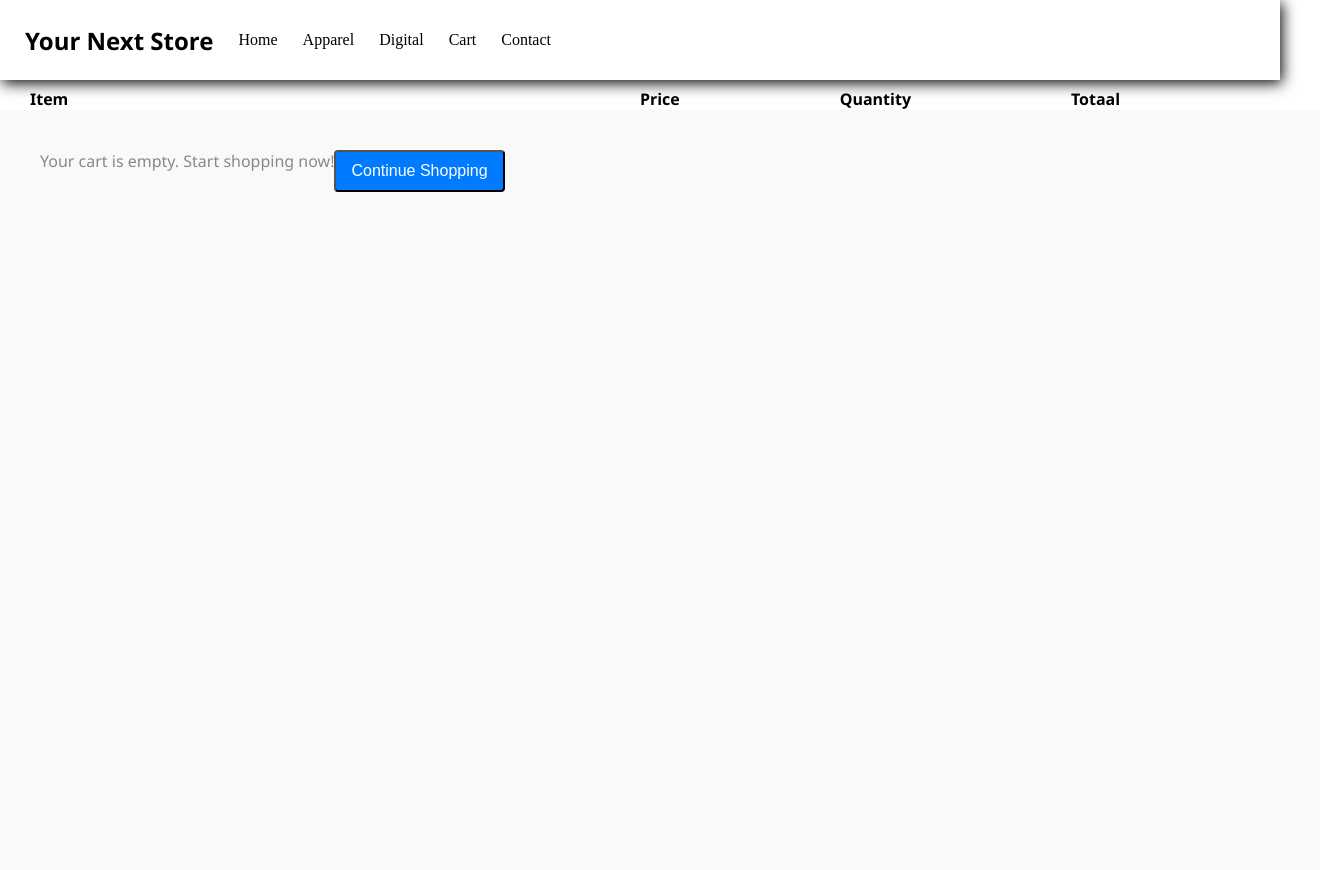
Repository: Sharathguru/React_Project1
Page: /cart
An editor plug-in stored every save of this project. The page is shown before and after the next save, followed by the edit.
The browser window is 1280 px wide. The page is 1320 px wide, so the pictures cover 1320 px, including what lies to the right of the window. The pictures show the whole page.
The project was rebuilt for these pictures with package versions that can differ from the ones it lists, and the page was loaded fresh each time. Also part of the build but not shown: vite.config.js, src/Component/Main/Main1.jsx, src/Component/Main/Cloud.jsx, src/Component/Home.jsx, src/Component/NavbarComponent/Apparel.jsx, src/Component/NavbarComponent/Digital.jsx, src/Component/Contact.jsx, src/Component/Main/Signup.jsx and 3 more.

Above is the page before, as saved 2025-01-17 10:54:57.

### src/main.jsx
import { StrictMode } from 'react'
import { createRoot } from 'react-dom/client'

import App from './App.jsx'


createRoot(document.getElementById('root')).render(

  <App></App>

)

### src/App.jsx
import React, { useState } from 'react';
import { createBrowserRouter, RouterProvider } from 'react-router-dom';
import Home from './Component/Home';
import Apparel from './Component/NavbarComponent/Apparel';
import Digital from './Component/NavbarComponent/Digital';
import Contact from './Component/Contact';
import Signup from './Component/Main/Signup';
import LoginPage from './Component/Main/LoginPage';
import Cart from './Component/NavbarComponent/Cart';

import './App.css';
import Terms from './Component/Main/Terms';

const App = () => {
  const [cartItems, setCartItems] = useState([]);

  const router = createBrowserRouter([
    {
      path: "/",
      element: <Signup />,
      children: [
        {
          path: "/terms",
          element: <Terms />,
        },
      ],
    },
    {
      path: "/login",
      element: <LoginPage />,
    },
    {
      path: "/home",
      element: <Home />,
    },
    {
      path: "/apparel",
      element: <Apparel cartItems={cartItems} setCartItems={setCartItems} />,
    },
    {
      path: "/digital",
      element: <Digital />,
    },
    {
      path: "/cart",
      element: <Cart cartItems={cartItems} setCartItems={setCartItems} />,
    },
    {
      path: "/contact",
      element: <Contact />,
    },
  ]);

  return (
    <div>
      <RouterProvider router={router} />
    </div>
  );
};

export default App;

### src/Component/NavbarComponent/Cart.jsx
import React, { useState } from "react";
import { Link } from "react-router-dom";

const Cart = ({ cartItems, setCartItems }) => {
  const handleRemoveFromCart = (productId) => {
    const updatedCart = cartItems.filter((item) => item.id !== productId);
    setCartItems(updatedCart);
  };

  const handleIncreaseQuantity = (productId) => {
    const updatedCart = cartItems.map((item) =>
      item.id === productId ? { ...item, quantity: item.quantity + 1 } : item
    );
    setCartItems(updatedCart);
  };

  const handleDecreaseQuantity = (productId) => {
    const updatedCart = cartItems.map((item) =>
      item.id === productId && item.quantity > 1
        ? { ...item, quantity: item.quantity - 1 }
        : item
    );
    setCartItems(updatedCart);
  };

  return (
    <div>
      <div id="navbar">
        <nav id="navbar-items">
          <div id="navbar-title">
            <h1>Your Next Store</h1>
          </div>
          <Link className="link" to="/home">
            Home
          </Link>
          <Link className="link" to="/Apparel">
            Apparel
          </Link>
          <Link className="link" to="/digital">
            Digital
          </Link>
          <Link className="link" to="/cart">
            Cart
          </Link>
          <Link className="link" to="/contact">
            Contact
          </Link>
        </nav>
      </div>
      <br />
      <br />
      <br />
      <br />
      <div id="cart-item-navbar">
        <div id="cart-item-1">
          <h4>Item</h4>
        </div>
        <div id="cart-tem-all">
          <h4>Price</h4>
          <h4>Quantity</h4>
          <h4>Totaal</h4>
        </div>
      </div>
      <div id="cart-content">
        {cartItems && cartItems.length > 0 ? (
          cartItems.map((item) => (
            <div key={item.id} className="cart-item">
              <img src={item.img} alt={item.name} className="cart-item-image" />
              <div className="cart-item-details">
                <h2>{item.name}</h2>
                <p>Price: {item.price}</p>
                <div>
                  <input type="button" value="-" />
                  <input type="button" value="Add" />
                </div>
                <button
                  className="remove-button"
                  onClick={() => handleRemoveFromCart(item.id)}
                >
                  Remove
                </button>
              </div>
            </div>
          ))
        ) : (
          <p>Your cart is empty. Start shopping now!</p>
        )}
        <Link to="/Apparel">
          <button className="continue-shopping-button">
            Continue Shopping
          </button>
        </Link>
      </div>
    </div>
  );
};

export default Cart;

### src/App.css
* {
  margin: 0;
  padding: 0;
}
body
{
    font-family: 'Segoe UI', Tahoma, Geneva, Verdana, sans-serif;
}
#navbar {
    width: 100vw;
    height: 80px;
    background: white;
    box-shadow: 2px 3px 14px black;
    display: flex;
    align-items: center;
    justify-content: space-between;
    position: fixed; /* Change from static to fixed */
    top: 0; /* Ensure it sticks to the top of the viewport */
    z-index: 1000; /* Add z-index to make sure it appears above other content */

  }

#navbar-title h1
{
/* padding-bottom: 10px; */
font-weight: 700;
}

#navbar-items {

  width: 45%;
  display: flex;
  justify-content: space-evenly;
  align-items: center;
}


.link {
  text-decoration: none;
  color: black;
  font-size: 16px;
  font-family: "Times New Roman", Times, serif;
}

.link:hover {
  background: linear-gradient(45deg, black, rgb(232, 145, 4));
  -webkit-background-clip: text;
  background-clip: text;
  color: transparent;
}

#navbar-search {
    margin-right: 25px;
  flex-grow: 1;
  display: flex;
  justify-content: flex-end;
  padding-right: 10px;
  align-items: center;
}

#navbar-search input {
  width: 180px;
  height: 30px;
  border: 1px solid #ccc;
  border-radius: 4px;
  padding: 0 10px;
  font-size: 14px;
}
#navbar-search input::placeholder
{
font-size: 12px;
}

#navbar-search i,
#navbar-search a {
  padding-left: 10px;
  font-size: 16px;
  color: #888;
  cursor: pointer;
  text-decoration: none;
}

#navbar-search a:hover {
  background: linear-gradient(45deg, black, rgb(232, 145, 4));
  -webkit-background-clip: text;
  background-clip: text;
  color: transparent;
}

#navbar-icon i {
  padding-right: 20px;
  font-size: 20px;
  cursor: pointer;
  display: none;
}

#navbar-icon i:hover {
  background: linear-gradient(45deg, black, rgb(232, 145, 4));
  -webkit-background-clip: text;
  background-clip: text;
  color: transparent;
}
#home-part1 {
    background-color: rgb(247, 244, 244);
    margin: 100px 0 0 40px; /* Add top margin to prevent overlapping */
    width: 94vw;
    height: 480px;
    position: relative; /* Change position to relative to avoid sticky conflicts */
    display: flex;
    justify-content: space-evenly;
    align-items: center;
}

#home-part1 p
{
    padding-top: 10px;
    color: rgb(83, 79, 80);
}
#home-part1 button
{
    margin-top: 15px;
    background: rgb(46, 48, 49);
    border: none;
    border-radius: 20px;
    width: 90px;
    height: 30px;
    color: white;
    font-weight: bold;
    cursor: pointer;
}

#home-part1-img img
{
    width: 300px;
}
#home-part2
{

    display: flex;
    justify-content: space-evenly;
    flex-wrap: wrap;
    row-gap: 70px;

}
#cloud {
    background-color: rgb(222, 219, 219);
    margin: 10px 0 10px 0px;
    width: 25.4%;
    height: 340px;
    position: relative;
    border-radius: 10px;

}
#cloud img
{
    /* margin-left: 20px; */
    position: relative;
    left: -30px;
    bottom: 10px;
    right: 85px;
    width: 395px;
    height: 350px;
}
#cloud img:hover
{
opacity: 0.5;
transform: translateY(-10px);
}
#home-part2 h1
{
    /* padding-left: 35px; */
    font-size: 25px;
}
#cloud p:first-child {
    padding-left: 80px;
    font-size: 20px;
}

#home-part2a
{
    margin: 20px 0 0 0;
    width: 94vw;
    display: flex;
    justify-content: space-around;

}
#cloud1 img
{
    width: 500px;
    border-radius: 10px;
}
#cloud1a img
{
    width: 500px;
    border-radius: 10px;
}
#para p
{
    margin-right: 20px;
}
#cloud1:hover , #cloud1a:hover {
    opacity: 0.7;
}



/* Outer container */
#border-down {
  margin-top: 20px;
  background-color: rgb(240, 240, 240);
  height: 220px;
  position: relative;
  width: 100%;
  display: flex; /* Flexbox for alignment */
  justify-content: space-between; /* Space between left and right sections */
  align-items: center;
  padding: 20px;
  box-sizing: border-box;
}

/* Left Section */
#details-product-left {
  display: flex;
  flex-direction: column;
  justify-content: center;
  align-items: flex-start;
}

#details-product-left h1 {
  font-size: 18px;
  margin-bottom: 10px;
}

#details-product-left input {
  padding: 8px;
  border: 1px solid #ccc;
  border-radius: 4px;
  margin-right: 10px;
}

#details-product-left button {
  background-color: #1a202c;
  color: #fff;
  border: none;
  padding: 8px 16px;
  border-radius: 4px;
  cursor: pointer;
}

/* Right Section */
#details-product-right {
  display: flex;
  justify-content: space-between;
  align-items: flex-start;
  gap: 50px; /* Space between Products and Support */
}

#details-Product,
#details-Product1 {
  text-align: left;
}

#details-Product h4,
#details-Product1 h4 {
  font-size: 16px;
  margin-bottom: 10px;
}

#details-Product a,
#details-Product1 a {
  text-decoration: none;
  color: #333;
  font-size: 14px;
}

#details-Product a:hover,
#details-Product1 a:hover {
  text-decoration: underline;
}

/* Outer container */
#border-down {
  margin-top: 20px;
  background-color: rgb(240, 240, 240);
  height: 250px;
  position: relative;
  width: 100%;
  display: flex;
  justify-content: space-between;
  align-items: center;
  padding: 20px;
  box-sizing: border-box;
}

/* Left Section */
#details-product-left {
  display: flex;
  flex-direction: column;
  justify-content: flex-start;
  align-items: flex-start;
  gap: 10px;
}

#details-product-left h1 {
  font-size: 18px;
  margin-bottom: 5px;
}

#details-product-left input {
  padding: 8px;
  border: 1px solid #ccc;
  border-radius: 4px;
  margin-right: 10px;
  width: 250px;
}

#details-product-left button {
  background-color: #1a202c;
  color: #fff;
  border: none;
  padding: 8px 16px;
  border-radius: 10px;
  cursor: pointer;
  margin-top: 10px;
}

/* Right Section */
#details-product-right {
  display: flex;
  justify-content: flex-end;
  align-items: flex-start;
  gap: 50px;
}

#details-Product,
#details-Product1 {
  text-align: left;
}

#details-Product h4,
#details-Product1 h4 {
  font-size: 16px;
  margin-bottom: 10px;
}

#details-Product a,
#details-Product1 a {
  text-decoration: none;
  color: #333;
  font-size: 14px;
}

#details-Product a:hover,
#details-Product1 a:hover {
  text-decoration: underline;
}

/* Footer Section */
#footer {
  /* text-align: center; */
  padding: 15px 0;
  font-size: 14px;
  color: #555;
  background-color: rgb(240, 240, 240);
  border-top: 1px solid #ddd;
}

#footer p {
  margin: 5px 0;
}
#Apparel-heading
{
  padding-top: 10px;
  padding-left: 30px;
}
#Apparel-heading h3
{
font-size: 1.5rem;
}
#Apparel-heading p
{
color: #888;
}

#Apparel-detail {
  margin-top: 20px;
  display: flex;
  justify-content: space-evenly;
  flex-wrap: wrap; /* Ensure items wrap on smaller screens */
  /* gap: 10px;  */
  column-gap: 10px;
  row-gap: 120px;
  width: 100%; /* Ensure container fits within the viewport */
}

.Apparel-items-box {
  margin: 0; /* Remove extra margin */
  border-radius: 10px;
  /* background-color: #9e2626; */
  width: 25%; /* Adjust as needed for layout */
  height: 340px;
  box-sizing: border-box;

}

.Apparel-item-all img {
  width: 315px; /* Scale image to fit its container */
  height: 339px; /* Ensure image stretches to container height */
 border-radius: 20px;
}

.Apparel-item-all img:hover
{
opacity: 0.5;
transform: translateY(-5px);
cursor: pointer;
}

.Apparel-item-all h1
{
 margin: 40px  0 0 0;
font-size: 1.3rem;
text-align: center;
}
.Apparel-item-all p
{
text-align: center;
}

/* Target the 10th Apparel-items-box */
.Apparel-items-box:nth-child(10) {
 margin-right: 63%;
}
#Digital-title h2,p
{
  padding-left: 20px;
}
#Digital-title p
{
color: #888;
}
#Digital-item
{
  display: flex;
  flex-wrap: wrap;
  justify-content: space-evenly;
}

.Digital-item-all
{
  margin: 30px 0 0 30px;

}
.Digital-item-all img
{
  border-radius: 10px;
  width: 370px;
  transform: translateY(-10px);
}
/* General Contact Form Styling */
#contact {
  margin: 40px auto;
  padding: 20px;
  max-width: 600px;
  border: 1px solid #ddd;
  border-radius: 8px;
  background-color: #f9f9f9;
}

#contact-item {
  text-align: center;
}

#contact-item h3 {
  font-size: 24px;
  color: #333;
  margin-bottom: 20px;
}

/* Contact Form Container */
#contact-item-all {
  display: flex;
  flex-direction: column;
  gap: 15px;
}

/* Input and Textarea Styling */
.item-all-contact label {
  font-size: 16px;
  color: #333;
  margin-bottom: 8px;
  text-align: left;
  display: block;
}

.item-all-contact input,
.item-all-contact textarea {
  padding: 10px;
  font-size: 16px;
  width: 100%;
  border: 1px solid #ccc;
  border-radius: 4px;
  margin-bottom: 10px;
  box-sizing: border-box;
}

.item-all-contact input:focus,
.item-all-contact textarea:focus {
  border-color: #6c757d;
  outline: none;
}

/* Button Styling */
button[type="submit"] {
  width: 200px;
  padding: 12px 20px;
  margin-left: 200px;
  font-size: 16px;
  color: #fff;
  background-color: #383534;
  border: none;
  border-radius: 10px;
  cursor: pointer;
  transition: background-color 0.3s ease;
}

button[type="submit"]:hover {
  background-color: #0056b3;
}

.buy-now-button {
  background-color: #ff5722;
  color: white;
  border: none;
  padding: 10px 15px;
  border-radius: 5px;
  font-size: 14px;
  cursor: pointer;
  transition: background-color 0.3s ease, transform 0.2s ease;
}

.buy-now-button:hover {
  background-color: #e64a19;
  transform: scale(1.05);
}

.buy-now-button:active {
  background-color: #d84315;
  transform: scale(1);
}

#already-login
{
 padding: 5px 0 0 60px;
  font-size: 0.43rem;
}
.Login-signup
{
  padding-left: 5px;
  text-decoration: none;
}

#Subscribe-group
{
  position: relative;
  top: 100px;
}


/* Cart Container */
#cart-content {
  padding: 20px;
  background-color: #f9f9f9;
  min-height: 100vh;
  display: flex;
  width: 100vw;
}

#cart-content h1 {
  text-align: center;
  font-size: 2rem;
  color: #333;
  margin-bottom: 20px;
}

.cart-item {
  display: flex;
  align-items: center;
  justify-content: space-between;
  background-color: #fff;
  padding: 20px;
  border-radius: 8px;
  margin-bottom: 15px;
  box-shadow: 0 2px 4px rgba(0, 0, 0, 0.1);
}

.cart-item img {
  width: 100px;
  height: 100px;
  /* object-fit: cover; */
  border-radius: 8px;
}

.cart-item-details {
  flex-grow: 1;
  margin-left: 20px;
}

.cart-item-details h2 {
  font-size: 1.2rem;
  color: #333;
}

.cart-item-details p {
  padding-right: 100px;
  font-size: 1rem;
  color: #555;
}

.remove-button {
  background-color: #ff4d4d;
  color: white;
  border: none;
  padding: 10px 15px;
  cursor: pointer;
  border-radius: 4px;
  transition: background-color 0.3s ease;
}

.remove-button:hover {
  background-color: #e60000;
}

.continue-shopping-button {
  background-color: #007bff;
  color: white;
  padding: 10px 15px;
  text-decoration: none;
  border-radius: 4px;
  font-size: 1rem;
  margin-top: 20px;
  display: inline-block;
  text-align: center;
}

.continue-shopping-button:hover {
  background-color: #0056b3;
}

/* Empty Cart Message */
#cart-content p {
  text-align: center;
  font-size: 1rem;
  color: #888;
  margin-top: 20px;
}
#cart-item-navbar
{
  display: flex;
  justify-content: space-between;
}
#cart-item-navbar>div:nth-child(1)
{
padding-left: 30px;
}
#cart-tem-all
{
  width: 800px;
  display: flex;
  justify-content: space-evenly;
}










/* Mobile view adjustments */
@media screen and (max-width: 500px) {
  #navbar-items {
    display: none; /* Hide the navbar items */
  }

  #navbar-search {
    display: none; /* Hide the search bar */
  }

  #navbar-icon i {
    display: block; /* Show the icon */
  }
}
@media (max-width: 768px) {
  #contact {
    padding: 15px;
  }

  #contact-item-all {
    gap: 10px;
  }

  button[type="submit"] {
    font-size: 14px;
    padding: 10px 16px;
  }
}

### src/Component/Main/Signup.css
* {
    padding: 0;
    margin: 0;
  }

  #signup-heading {
    width: 100vw;
    height: 100vh;
    border-radius: 20px;
    position: relative;
    display: flex;
    justify-content: space-evenly;
    align-items: center;
    background: linear-gradient(190deg, rgb(243, 235, 235), rgb(237, 147, 147));
    animation: fadeIn 1.5s ease-in-out;
  }
  #signup-details h1
  {
    margin-bottom: 20px;
    text-align: center;

  }
  .signup-group {
    position: relative;
    margin-bottom: 20px;
    animation: slideIn 1.2s ease-in-out;
    margin-left: 30px;
  }

  .signup-group i {
    margin-left: 10px;
    position: absolute;
    transform: translateY(70%);
    color: #555;
    transition: color 0.3s ease;
  }

  .signup-group input[type="text"],
  .signup-group input[type="email"],
  .signup-group input[type="password"] {
    width: 300px;
    padding: 10px 40px;
    border: 1px solid #ddd;
    border-radius: 5px;
    font-size: 16px;
    color: #555;
    outline: none;
    transition: all 0.3s ease;
    box-sizing: border-box;
  }

  .signup-group input[type="text"]:focus,
  .signup-group input[type="email"]:focus,
  .signup-group input[type="password"]:focus {
    border-color: #007bff;
    box-shadow: 0 0 5px rgba(0, 123, 255, 0.5);
  }

  .signup-group input[type="text"]:hover,
  .signup-group input[type="email"]:hover,
  .signup-group input[type="password"]:hover {
    background-color: #f9f9f9;
  }

  .signup-group input[type="text"]:focus + i,
  .signup-group input[type="email"]:focus + i,
  .signup-group input[type="password"]:focus + i {
    color: #007bff;
  }

  #signup-heading img {
    width: 400px;
    border-radius: 20px;
    animation: bounceIn 2s ease-in-out;
  }

  input[type="checkbox"] {

    cursor: pointer;

    margin: 25px 10px 0 0 ;

  }

  input[type="submit"] {
    width: 300px;
    padding: 10px;
    background: #007bff;
    color: #fff;
    border: none;
    border-radius: 5px;
    font-size: 16px;
    cursor: pointer;
    transition: background 0.3s ease;
    animation: zoomIn 1s ease-in-out;
    margin-left: 27px;
  }

  input[type="submit"]:hover {
    background: #0056b3;
  }

  span {
    font-size: 14px;
    color: #555;
  }
#checkbox:hover + span
  {
    font-size: 14px;
    color: black;
  }


  /* Animations */

  @keyframes fadeIn {
    from {
      opacity: 0;
      transform: translateY(-20px);
    }
    to {
      opacity: 1;
      transform: translateY(0);
    }
  }

  @keyframes slideIn {
    from {
      opacity: 0;
      transform: translateX(-20px);
    }
    to {
      opacity: 1;
      transform: translateX(0);
    }
  }

  @keyframes bounceIn {
    10% {
      opacity: 0;
      transform: scale(0.5);
    }
    10% {
      opacity: 1;
      transform: scale(1.2);
    }
    100% {
      transform: scale(1);
    }
  }

  @keyframes zoomIn {
    from {
      transform: scale(0.8);
      opacity: 0;
    }
    to {
      transform: scale(1);
      opacity: 1;
    }
  }

Loaded but not shown: index.html (common file)

After the next save:
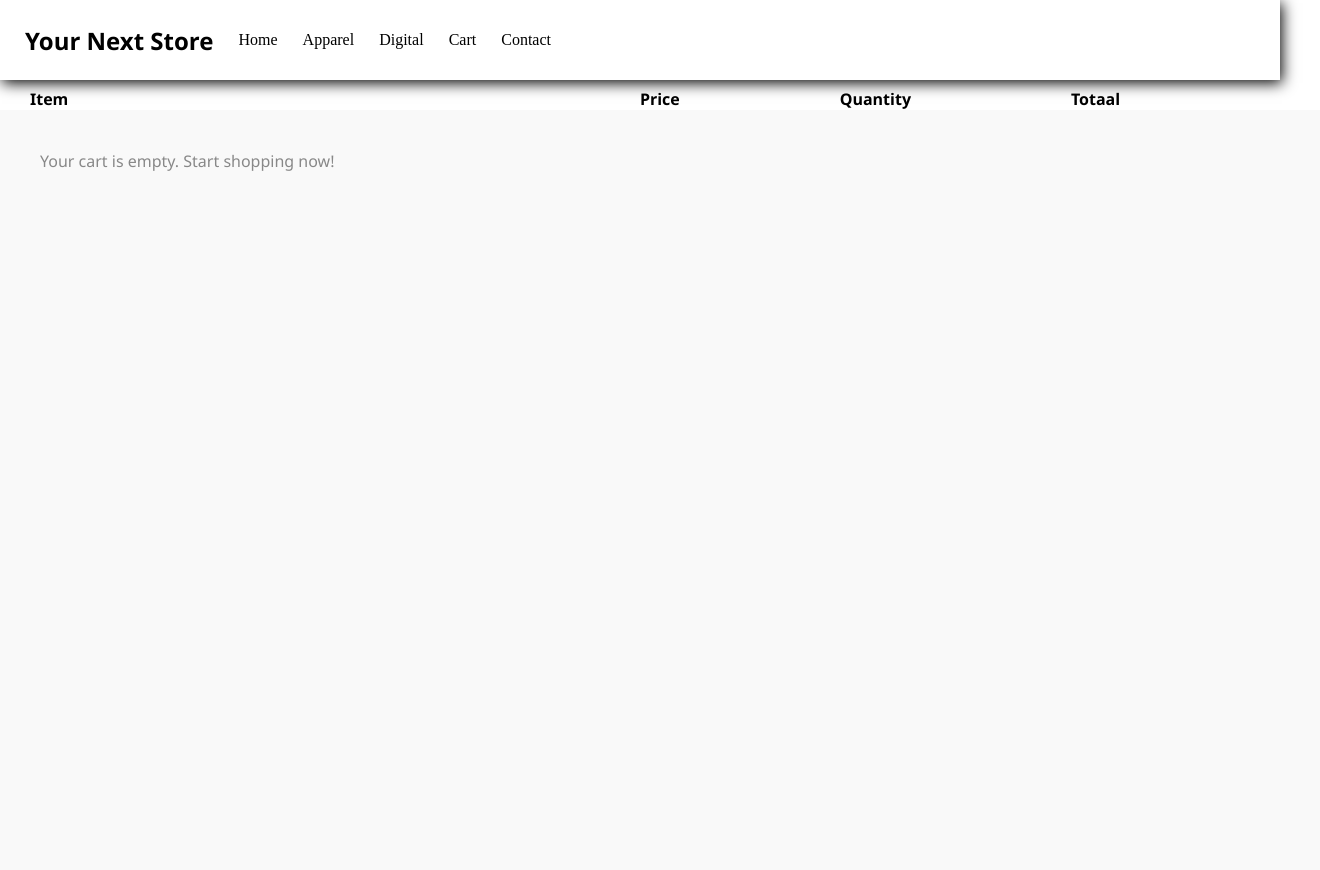
Saved 18 s later.
--- a/src/Component/NavbarComponent/Cart.jsx
+++ b/src/Component/NavbarComponent/Cart.jsx
@@ -85,11 +85,11 @@ const Cart = ({ cartItems, setCartItems }) => {
         ) : (
           <p>Your cart is empty. Start shopping now!</p>
         )}
-        <Link to="/Apparel">
+        {/* <Link to="/Apparel">
           <button className="continue-shopping-button">
             Continue Shopping
           </button>
-        </Link>
+        </Link> */}
       </div>
     </div>
   );
